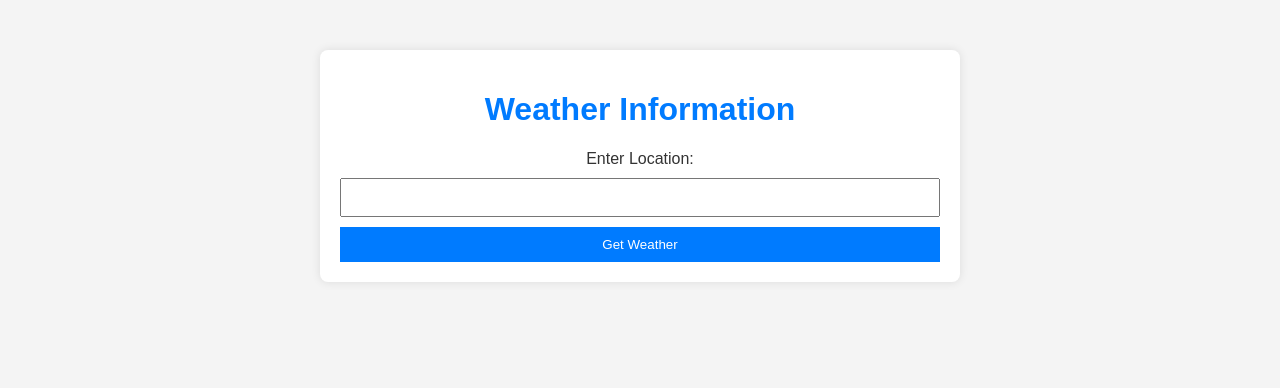
Repository: muke2110/weather
Page: http://localhost/
The author's editor kept a copy of each file at every save. The page is drawn from the files as they stood at one save, then again after the next save.
The browser window is 1280 px wide. The pictures show the whole page.
The page is served by the project's Node server (app.js).

Above is the page before, as saved 2023-12-03 19:52:38.

### views/index.ejs
<!DOCTYPE html>
<html lang="en">
<head>
  <meta charset="UTF-8">
  <meta name="viewport" content="width=device-width, initial-scale=1.0">
  <title>Weather Information</title>
  <link rel="stylesheet" href="/styles.css">

</head>
<body>
  <div class="container">
    <h1>Weather Information</h1>

    <form action="/location" method="post">
      <label for="locationInput">Enter Location:</label>
      <input type="text" id="locationInput" name="location" required>
      <button type="submit">Get Weather</button>
    </form>

    <% if (error) { %>
      <p class="error-message">Error: <%= error %></p>
    <% } else if (location) { %>
      <div id="weatherResult">
        <img src= <%= png %>>
        <p>Location: <%= place.name %></p>
        <p>Temperature: <%= location.temp_c %>°C</p>
        <p>Condition: <%= location.condition.text %></p>
      </div>
    <% } %>
  </div>
</body>
<script>
  if (performance.navigation.type === 1) {
    // Redirect to the home page
    window.location.href = "/";
  }
</script>
</html>

### app.js
const axios = require('axios');
const express = require('express');
const app = express();
const port = 3000;

app.use(express.json());
app.use(express.urlencoded({ extended: true }));
// Add this line after app initialization
app.use(express.static('public'));


app.set('view engine', 'ejs');

app.get('/', (req, res) => {
  res.render('index', { error: null, location: null });
});

app.post('/location', async (req, res) => {
  const { location } = req.body;

  if (!location) {
    return res.render('index', { error: 'Location is required in the request body', location: null });
  }

  const apiUrl = `https://api.weatherapi.com/v1/current.json?key=c3961c028a3640cfad7132456230212&q=${location}&aqi=yes`;

  try {
    const response = await axios.get(apiUrl);
    const data = response.data;

    console.log(data);
    // Render the EJS file with the weather information
    res.render('index', { error: null, location: data.current ,place: data.location, png:data.current.condition.icon});
  } catch (error) {
    console.error('Error fetching data:', error);
    res.render('index', { error: 'Internal Server Error', location: null });
  }
});

app.listen(port, () => {
  console.log(`Server is running on port ${port}`);
});

### public/styles.css
/* styles.css */

body {
    font-family: Arial, sans-serif;
    margin: 0;
    padding: 0;
    background-color: #f4f4f4;
}

.container {
    max-width: 600px;
    margin: 50px auto;
    background-color: #fff;
    padding: 20px;
    border-radius: 8px;
    box-shadow: 0 0 10px rgba(0, 0, 0, 0.1);
}

h1 {
    text-align: center;
    color: #007bff; /* Changed color to a blue shade */
}

form {
    display: flex;
    flex-direction: column;
    align-items: center;
    margin-top: 20px; /* Added margin-top for better spacing */
}

label {
    margin-bottom: 10px;
    color: #333;
}

input {
    padding: 10px;
    margin-bottom: 10px;
    width: 100%; /* Make the input take full width */
    box-sizing: border-box; /* Include padding and border in the width */
}

button {
    padding: 10px;
    background-color: #007bff;
    color: #fff;
    border: none;
    cursor: pointer;
    transition: background-color 0.3s;
    width: 100%; /* Make the button take full width */
    box-sizing: border-box; /* Include padding and border in the width */
}

button:hover {
    background-color: #0056b3;
}

#weatherResult {
    margin-top: 20px;
    padding: 20px;
    border: 1px solid #ddd;
    border-radius: 8px;
    background-color: #f9f9f9;
}

After the next save:
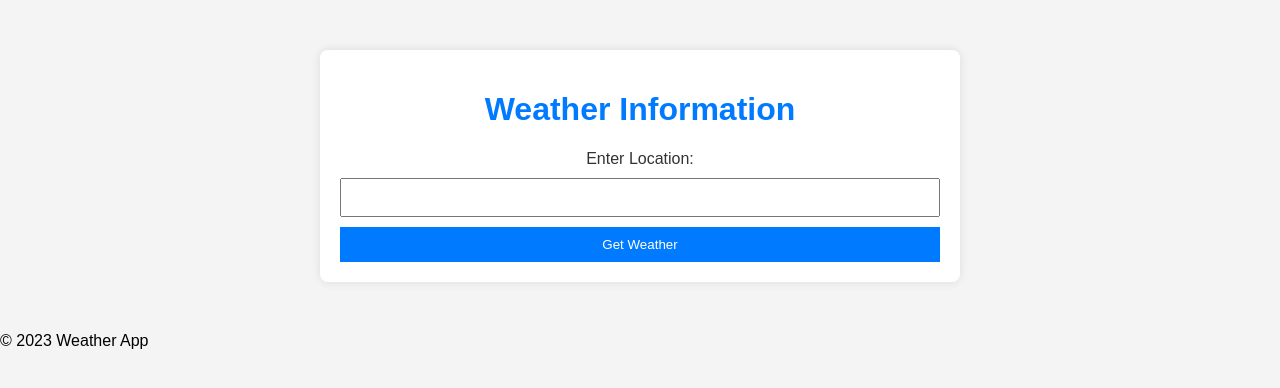
Saved 14 min 21 s later.
--- a/views/index.ejs
+++ b/views/index.ejs
@@ -28,6 +28,10 @@
       </div>
     <% } %>
   </div>
+  <footer>
+    <!-- Your footer content goes here -->
+    <p>&copy; 2023 Weather App</p>
+  </footer>
 </body>
 <script>
   if (performance.navigation.type === 1) {
